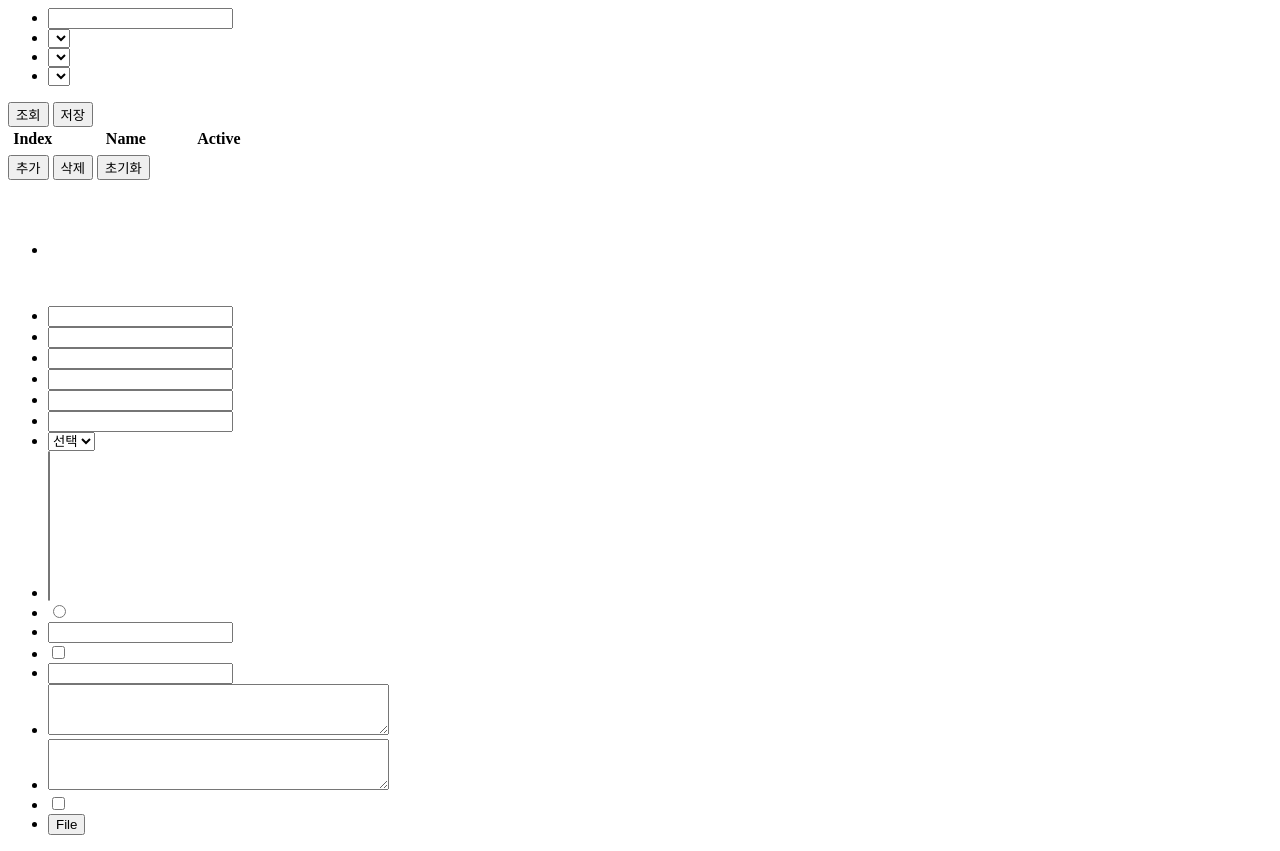
Repository: bbalganjjm/natural_js_boot
Page: src/main/resources/static/html/com/app/sample/type0401.html
The author's editor kept a copy of each file at every save. The page is drawn from the files as they stood at one save, then again after the next save.
The browser window is 1280 px wide. The pictures show the whole page.

Above is the page before, as saved 2021-03-18 18:20:03.
Console error: ReferenceError: N is not defined

### src/main/resources/static/html/com/app/sample/type0401.html
<article class="type0401">
    <div id="search" class="form__">
        <div class="criteria-panel">
            <ul>
                <li><input id="name" type="text" class="mdc-text-field" data-type="filled" data-label="Name"></li>
                <li><select id="age" class="mdc-njs-select" data-label="Age"><option value=""></option></select></li>
                <li><select id="gender" class="mdc-njs-select" data-label="Gender"><option value=""></option></select></li>
                <li><select id="eyeColor" class="mdc-njs-select" data-label="Eye Color"><option value=""></option></select></li>
            </ul>
        </div>
    </div>

    <div class="flex-horizental">
        <div style="max-width: 33%;">
            <div class="btn-panel">
                <button id="btnSearch" class="btn-search mdc-button mdc-button--raised" data-icon="youtube_searched_for">조회</button>
                <button id="btnSave" class="mdc-button" data-icon="save_alt">저장</button>
            </div>
            <table id="master" class="grid__">
                <colgroup>
                    <col style="width: 20%;">
                    <col style="width: 60%;">
                    <col style="width: 20%;">
                </colgroup>
                <thead>
                    <tr>
                        <th>Index</th>
                        <th>Name</th>
                        <th>Active</th>
                    </tr>
                </thead>
                <tbody>
                    <tr>
                        <td id="index" style="text-align: center;"></td>
                        <td id="name"></td>
                        <td id="isActive" style="text-align: center;"></td>
                    </tr>
                </tbody>
            </table>
        </div>

        <div>
            <div class="btn-panel">
                <button id="btnAdd" class="mdc-button" data-icon="playlist_add">추가</button>
                <button id="btnDelete" class="mdc-button" data-icon="delete_sweep">삭제</button>
                <button id="btnRevert" class="mdc-button" data-icon="restart_alt">초기화</button>
            </div>
            <ul id="detail" class="form__">
                <li>
                    <span rowspan="7" style="text-align: center; vertical-align: middle;">
                        <img id="picture" height="110">
                    </span>
                </li>
                <li>
                    <span><input id="name" type="text" data-validate='[["required"]]' class="mdc-text-field" data-type="filled" data-label="Name"></span>
                </li>
                <li>
                    <span>
                        <input id="deptNm" type="text" data-validate='[["required"]]' readonly="readonly" class="mdc-text-field" data-type="filled" data-label="Department Name" data-trailingicon="search" data-btnid="btnDeptCd">
                    </span>
                </li>
                <li>
                    <span><input id="email" type="text" data-validate='[["required"], ["email"]]' class="mdc-text-field" data-type="filled" data-label="Email"></span>
                </li>
                <li>
                    <span><input id="key" type="text" data-format='[["generic", "@@＊＊＊＊＊＊"]]' data-validate='[["required"]]' class="mdc-text-field" data-type="filled" data-label="Key"></span>
                </li>
                <li>
                    <span><input id="balance" type="text" data-format='[["numeric", "$#,###.##0"]]' data-validate='[["required"], ["number"]]' class="mdc-text-field" data-type="filled" data-label="Balance"></span>
                </li>
                <li>
                    <span><input id="phone" type="text" data-validate='[["required"]]' class="mdc-text-field" data-type="filled" data-label="Phone"></span>
                </li>
                <li>
                    <span><select id="eyeColor" data-validate='[["required"]]' class="mdc-njs-select" data-label="Eye Color"><option>선택</option></select></span>
                </li>
                <li>
                    <span rowspan="4">
                        <select id="company" multiple="multiple" data-validate='[["required"]]' style="height: 150px;"></select>
                    </span>
                </li>
                <li>
                    <span><input id="gender" type="radio"></span>
                </li>
                <li>
                    <span><input id="age" type="text" data-validate='[["required"], ["integer"]]' class="mdc-text-field" data-type="filled" data-label="Age"></span>
                </li>
                <li>
                    <span><input id="favoriteFruit" type="checkbox" data-validate='[["required"]]'></span>
                </li>
                <li>
                    <span><input id="registered" type="text" data-format='[["date", 8, "date"]]' data-validate='[["required"]]' class="mdc-text-field" data-type="filled" data-label="Registered"></span>
                </li>
                <li>
                    <span colspan="3"><textarea id="about" rows="3" cols="40" data-validate='[["required"]]' class="mdc-text-field" title="About"></textarea></span>
                </li>
                <li>
                    <span colspan="3"><textarea id="greeting" rows="3" cols="40" data-validate='[["required"]]' class="mdc-text-field" title="Greeting"></textarea></span>
                </li>
                <li>
                    <span colspan="3"><input id="isActive" type="checkbox"></span>
                </li>
                <li>
                    <span colspan="3"><button id="btnFile" class="mdc-button mdc-button--outlined" data-icon="file_present">File</button></span>
                </li>
            </ul>
        </div>
    </div>
</article>

<script type="text/javascript">
(function() {

    var cont = N(".type0401").cont({
        "p.select.gender" : [ "gender" ],
        "p.select.eyeColor" : [ "eyeColor" ],
        "p.select.company" : [ "company" ],
        "p.select.favoriteFruit" : [ "favoriteFruit" ],
        "p.select.age" : [ "c.getCommonCodeList", "age", "age", function(data) {
            return N(N.array.deduplicate(data, "age")).datasort("age");
        }],
        "p.form.search" : {
            "usage" : {
                "search-box" : {
                    "defaultButton" : ".btnSearch",
                    "events" : [{
                        "event" : "focusin",
                        "target" : "#name",
                        "handler" : function(e) {
                            N.log(e);
                        }
                    }]
                }
            }
        },
        "p.form.detail" : {
            revert : true,
            autoUnbind : true
        },
        "p.grid.master" : {
            height : 442,
            select : true,
            selectScroll : false,
            onSelect : function(index, rowEle, data, beforeRow, e) {
                // TODO 전처리

                APP.comm.utils.selectNBind.call(this, {
                    cont : cont,
                    form : "p.form.detail"
                });

                // 파일 요약 목록 생성
                if(data.length > 0) {
                    APP.comm.utils.getFileSummaryList(cont["p.form.detail"].val("fileId"), "fileName", 60, cont["e.btnFile.click"]);
                }

                // TODO 후처리
            },
            onBind : function(context, data, isFirstPage, isLastPage) {
                if(isFirstPage) {
                    this.select(0);
                }
            }
        },
        "p.popup.dept" : {
            url : "html/com/app/sample/type04P0.html",
            onOpen : "onOpen",
            onClose : function(onCloseData) {
                if (onCloseData) {
                    cont["p.form.detail"]
                    .val("deptNm", onCloseData.deptNm)
                    .val("deptCd", onCloseData.deptCd);
                }
            }
        },
        /**
         * 공통 파일 팝업.
         */
        "p.popup.file" : {
            onClose : function(onCloseData) {
                if(onCloseData) {
                    cont["p.form.detail"].val("fileId", onCloseData.fileId);

                	// 파일 요약 목록 생성
                    APP.comm.utils.createFileSummaryList(onCloseData.downloadList, "fileName", 60, cont["e.btnFile.click"]);
                }
            }
        },
        "c.getCommonCodeList" : function() {
            return N.comm("sample/getSampleList.json");
        },
        "c.getSampleList" : function() {
            return cont["p.form.search"].data(false).comm("sample/getSampleList.json");
        },
        "c.saveSample" : function() {
            return N(cont["p.grid.master"].data("modified")).comm({
                dataIsArray : true,dataIsArray : true, // Array 타입의 여러 행데이터가 1 개 일때는 자동으로 Object로 변환됩니다. 자동으로 변환되지 않게 하려면 dataIsArray 옵션을 true로 지정해 주세요.
                url : "sample/saveSample.json"
            });
        },
        "e.btnSearch.click" : function(e) {
            e.preventDefault();

            if (cont["p.form.search"].validate()) {
                cont["c.getSampleList"]().submit(function(data) {
                    // N.grid bind
                    cont["p.grid.master"].bind(data);
                });
            }
        },
        "e.btnDeptCd.click" : function(e) {
            e.preventDefault();
            cont["p.popup.dept"].open(cont["p.form.detail"].data(true)[0]);
        },
        "e.btnSave.click" : function(e) {
            e.preventDefault();

            return APP.comm.utils.save.call(this, {
                cont : cont,
                comm : "c.saveSample",
                changed : "p.grid.master",
                validate : "p.form.detail",
                before : function() {
                    // TODO
                },
                after : function(data) {
                    cont["e.btnSearch.click"].click();
                }
            });
        },
        "e.btnAdd.click" : function(e) {
            e.preventDefault();

            if (cont["p.form.detail"].validate()) {
                cont["p.form.detail"].add();
            }
        },
        "e.btnDelete.click" : function(e) {
            e.preventDefault();

            cont["p.form.detail"].remove();
        },
        "e.btnRevert.click" : function(e) {
            e.preventDefault();

            if (cont["p.grid.master"].data("modified").length === 0) {
                N(window).alert(N.message.get(APP.comm.messages, "COMM-0001")).show();
                return false;
            }

            cont["p.form.detail"].revert();
        },
        "e.btnFile.click" : function(e) {
            e.preventDefault();

            cont["p.popup.file"].open(cont["p.form.detail"].val("fileId"));
        },
        init : function(view, request) {
			// cont.opener는 탭이 포함된 부모페이지의 Controller Object.
            if(cont.opener) {
                cont["p.form.search"].context().hide().prev("h3").hide().prev(".view-intro").hide();
				// 부모 페이지 컨트롤러의 검색 버튼 클릭
                cont.opener["e.btnSearch.click"].click();
            } else {
                cont["e.btnSearch.click"].click();
            }
        }
    });

})();
</script>

After the next save:
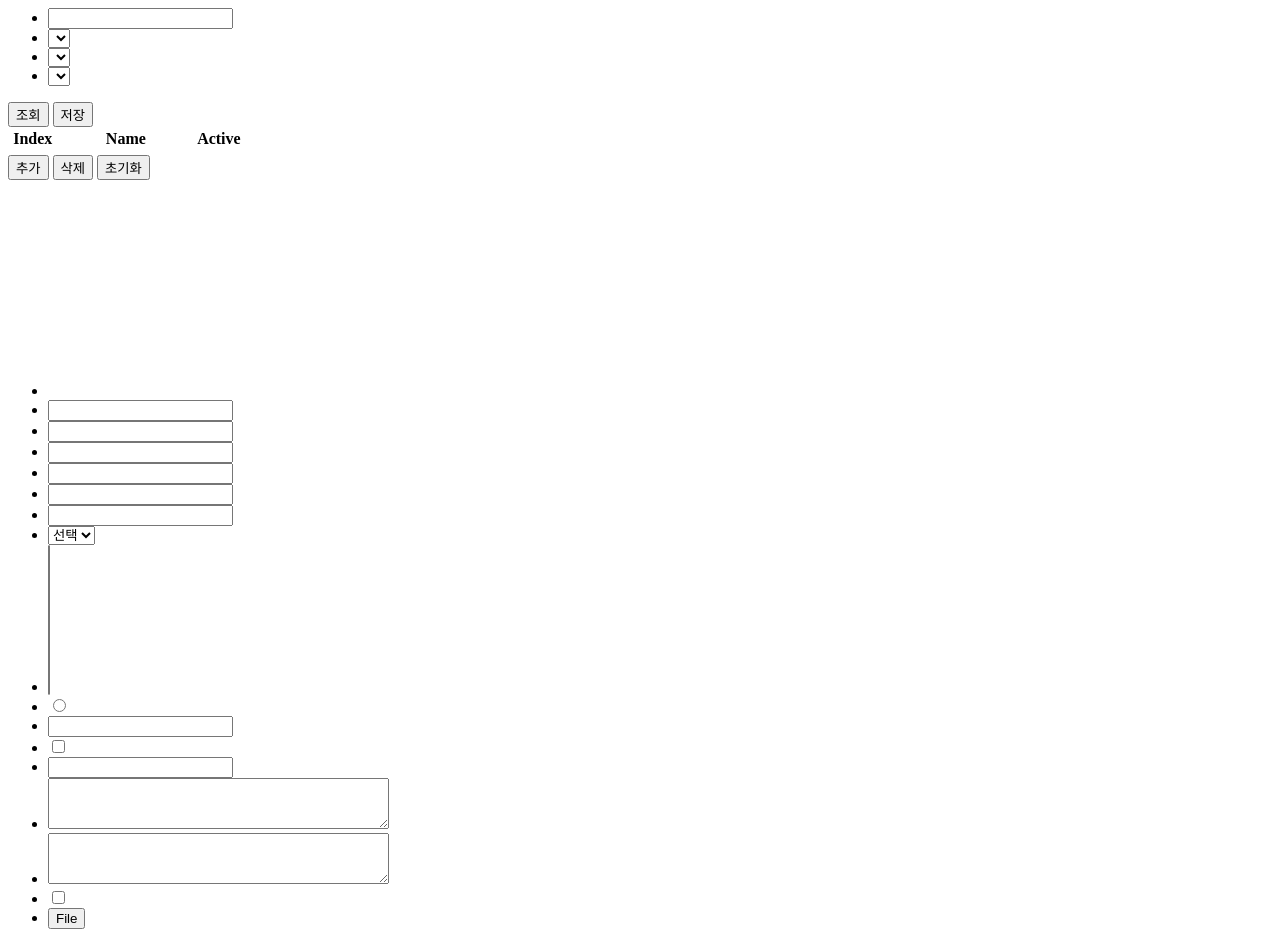
Saved 54 s later.
--- a/src/main/resources/static/html/com/app/sample/type0401.html
+++ b/src/main/resources/static/html/com/app/sample/type0401.html
@@ -47,9 +47,7 @@
             </div>
             <ul id="detail" class="form__">
                 <li>
-                    <span rowspan="7" style="text-align: center; vertical-align: middle;">
-                        <img id="picture" height="110">
-                    </span>
+                    <img id="picture" height="200">
                 </li>
                 <li>
                     <span><input id="name" type="text" data-validate='[["required"]]' class="mdc-text-field" data-type="filled" data-label="Name"></span>
